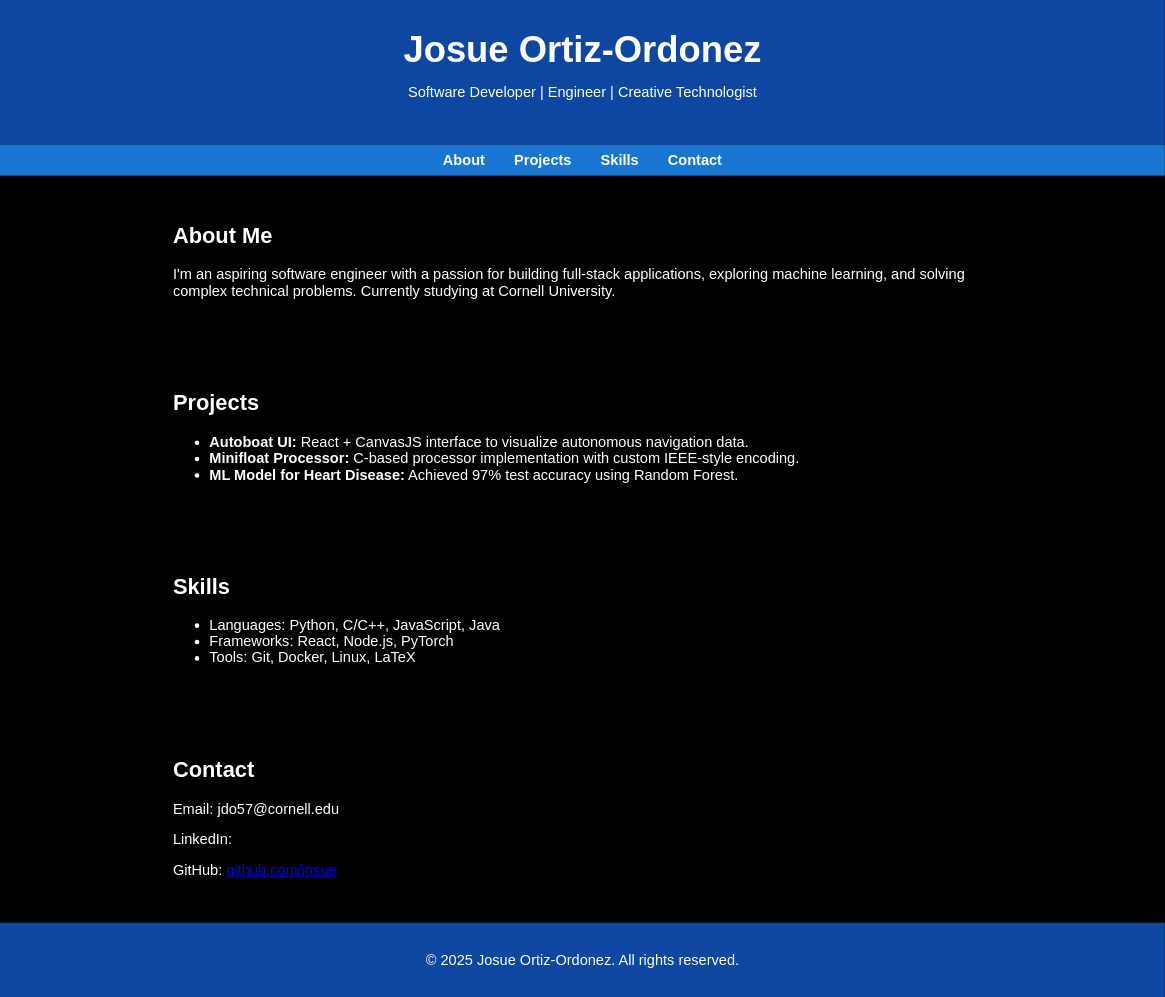
Repository: jdo57/Website
Page: index.html
These files come from the project's save history. The page is drawn as it stood at one moment and after the next save; the edit follows.
The browser window is 1280 px wide. The pictures show the whole page, at 91% of full size.

Above is the page before, as saved 2025-05-26 01:12:04.

After the next save:
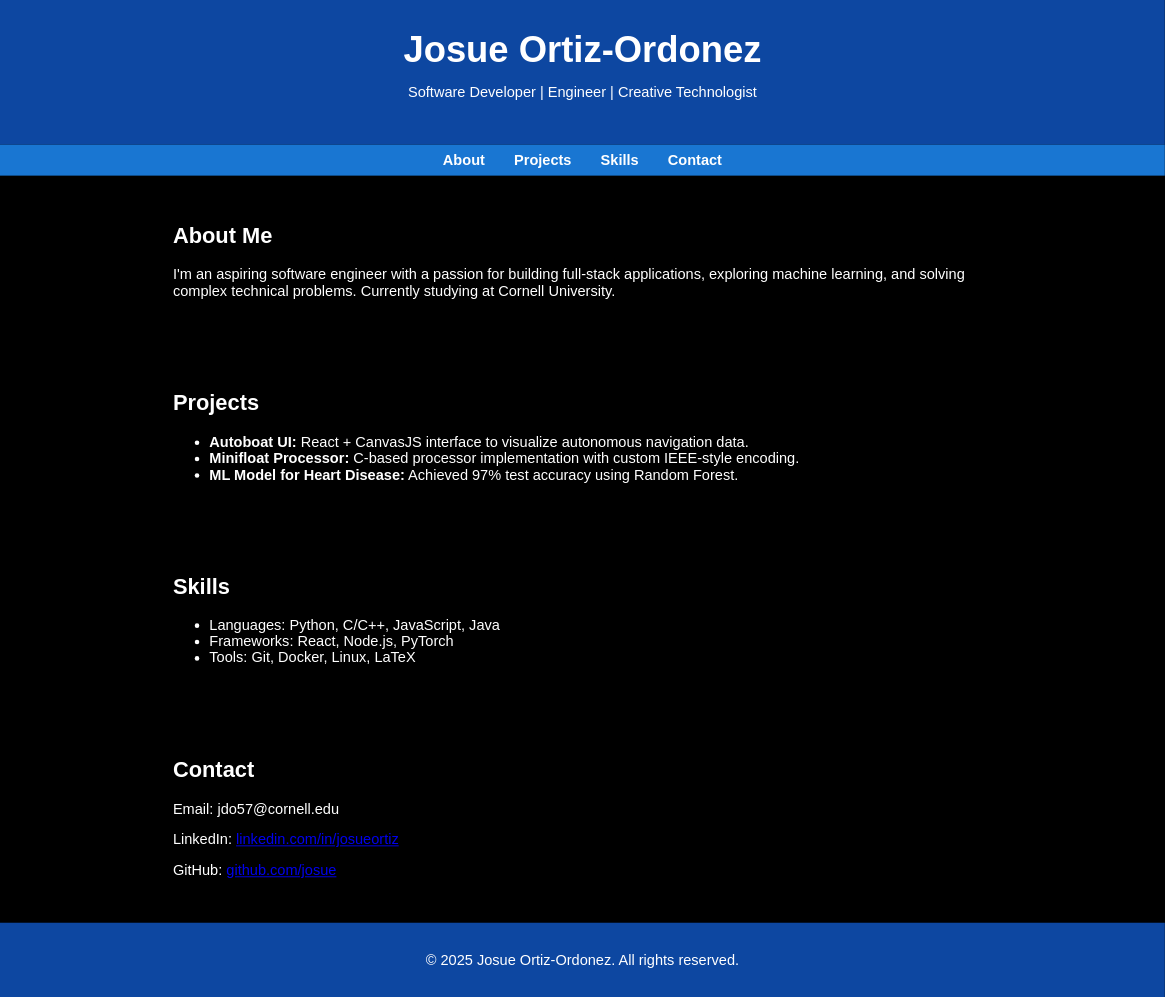
Saved 4 s later.
--- a/index.html
+++ b/index.html
@@ -105,9 +105,7 @@
   <section id="contact">
     <h2>Contact</h2>
     <p>Email: jdo57@cornell.edu</p>
-    <p>LinkedIn: <a href="https://www.linkedin.com/in/josue-ortiz-ordonez/" target="_blank"><linkedin class="com">
-    <in>
-    <josueortiz></josueortiz></a></p>
+    <p>LinkedIn: <a href="https://www.linkedin.com/in/josue-ortiz-ordonez/" target="_blank">linkedin.com/in/josueortiz</a></p>
     <p>GitHub: <a href="https://github.com/josue" target="_blank">github.com/josue</a></p>
   </section>
 
